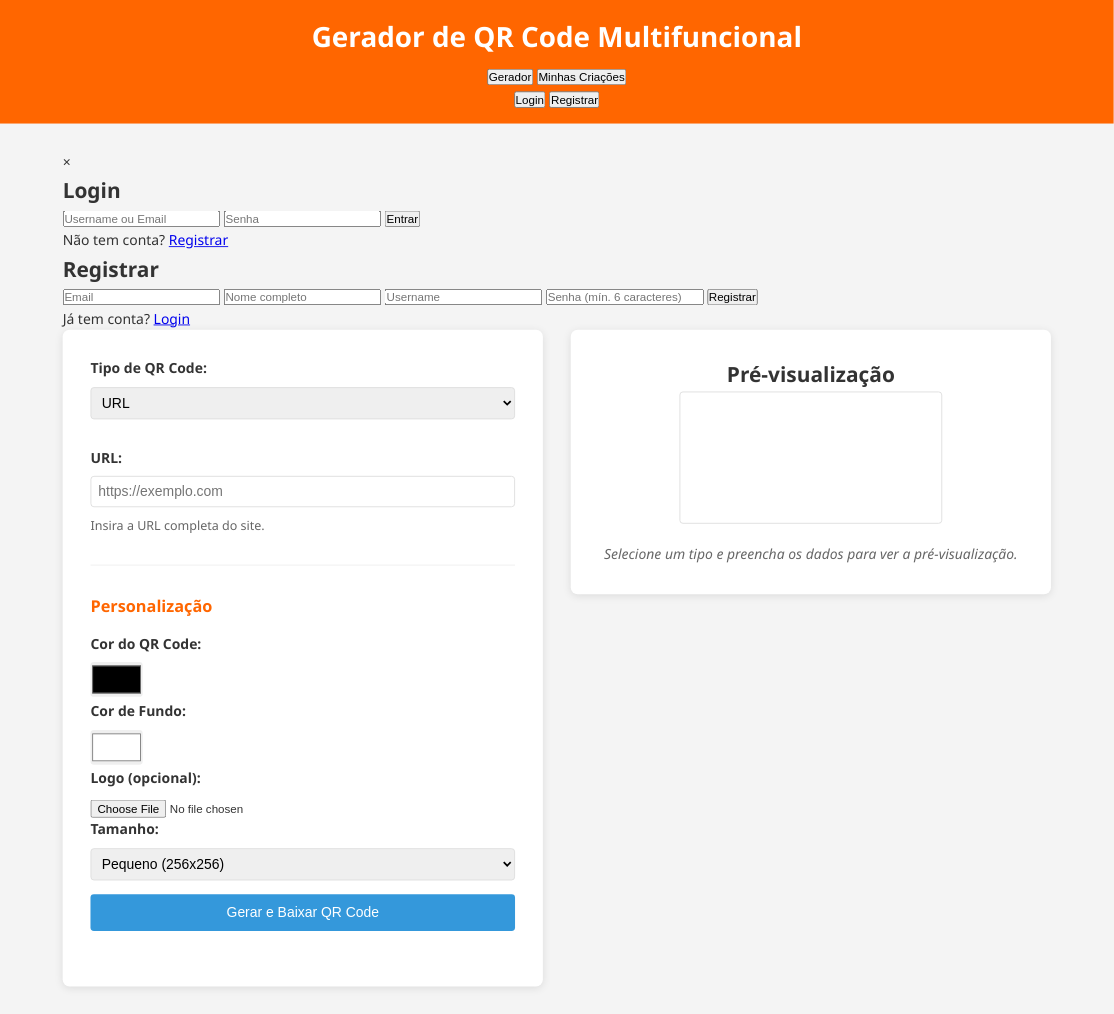
Repository: davyjales/qr-generator-site
Page: public/index.html
The author's editor kept a copy of each file at every save. The page is drawn from the files as they stood at one save, then again after the next save.
The browser window is 1280 px wide. The pictures show the whole page, at 87% of full size.

Above is the page before, as saved 2025-10-29 20:42:39.

After the next save:
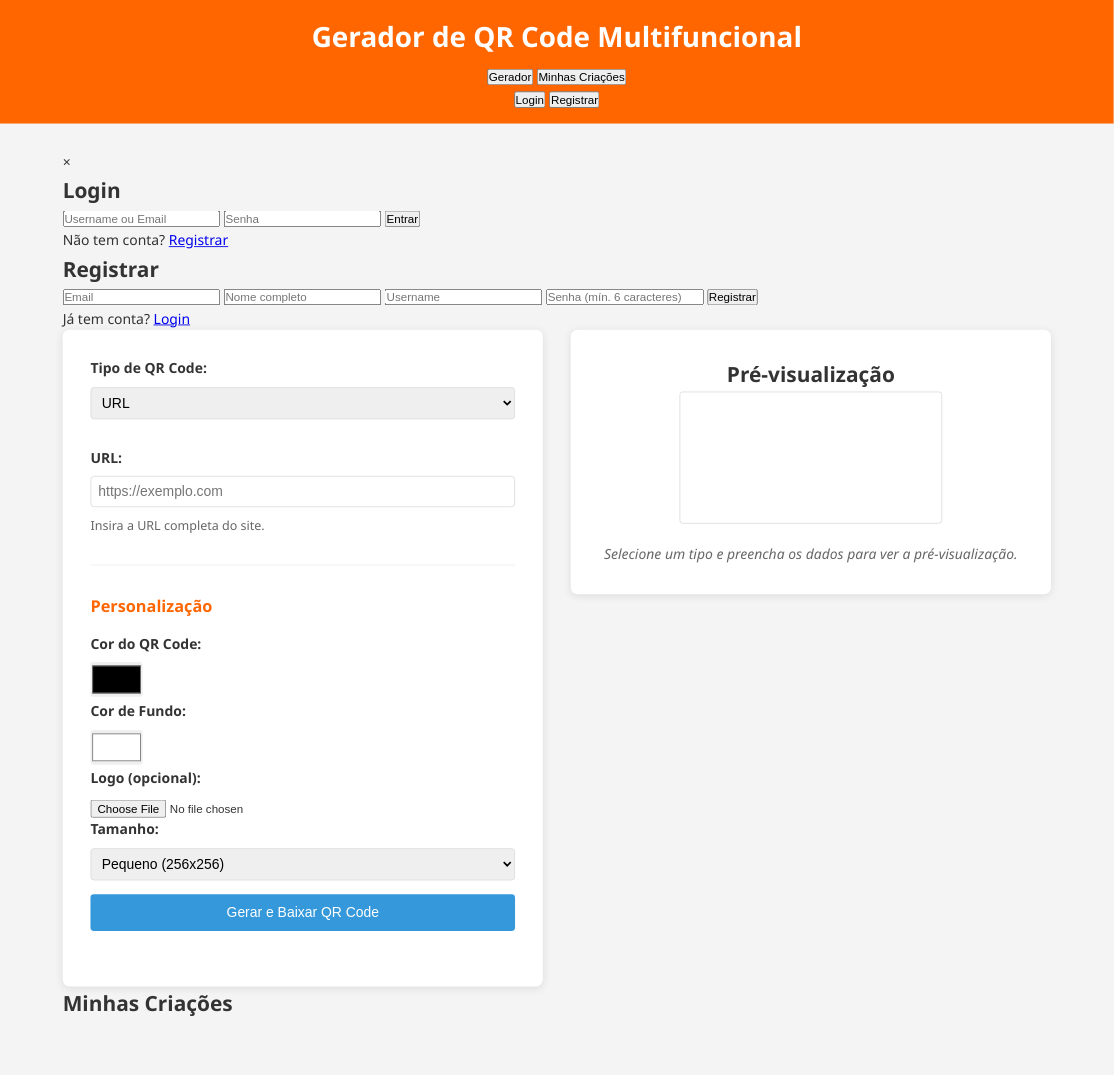
Saved 7 s later.
--- a/public/index.html
+++ b/public/index.html
@@ -155,6 +155,19 @@
         <p id="preview-text">Selecione um tipo e preencha os dados para ver a pré-visualização.</p>
       </div>
     </div>
+
+    <!-- Aba Minhas Criações -->
+    <div id="creations-tab" class="tab-content hidden">
+      <div class="container">
+        <div class="creations-section">
+          <h2>Minhas Criações</h2>
+          <div id="creations-list" class="creations-list">
+            <!-- Criações serão carregadas aqui -->
+          </div>
+          <div id="creations-message" class="message"></div>
+        </div>
+      </div>
+    </div>
   </main>
 
   <script src="script.js"></script>
